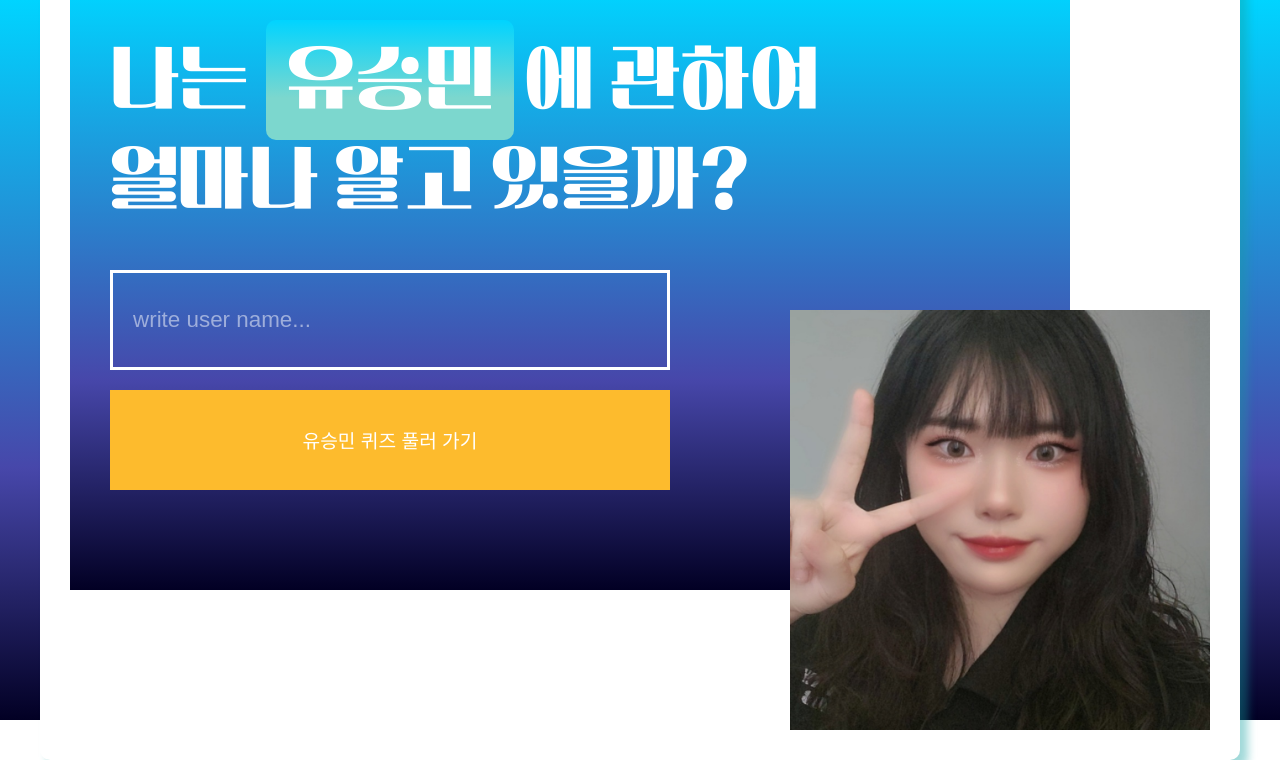
Repository: dnjfht/quiz3
Page: /
An editor plug-in stored every save of this project. The page is shown before and after the next save, followed by the edit.
The browser window is 1280 px wide. The pictures show the whole page.
The project was rebuilt for these pictures with package versions that can differ from the ones it lists, and the page was loaded fresh each time. Also part of the build but not shown: src/components/Progress.js, src/components/Quiz.js, src/components/Score.js, src/components/Message.js, src/components/Ranking.js, src/components/NotPage.js.

Above is the page before, as saved 2023-04-15 23:13:35.

After the next save:
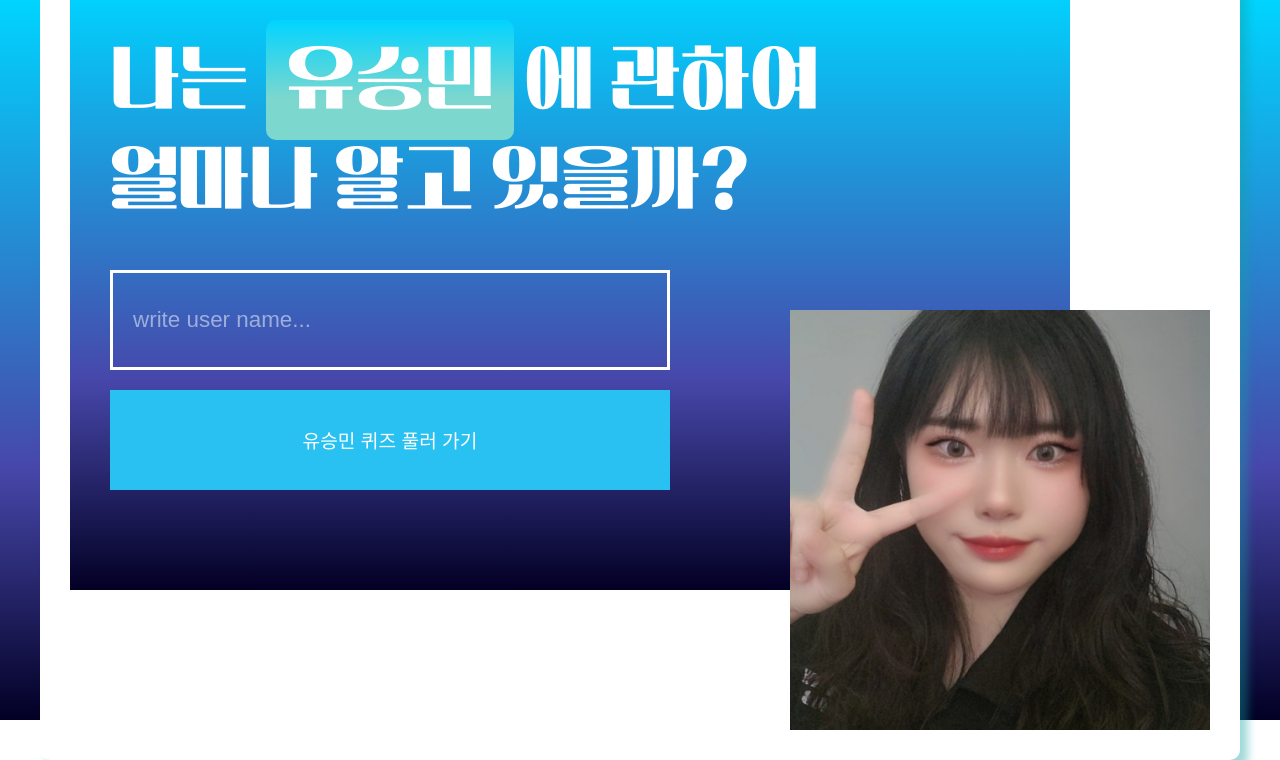
Saved 71 s later.
--- a/src/components/Start.js
+++ b/src/components/Start.js
@@ -82,7 +82,7 @@ const Button = styled.button`
   width: 560px;
   height: 100px;
   margin-top: 20px;
-  background-color: #fdbb2d;
+  background-color: #28c1f2;
   border: none;
 
   font-size: 1.2rem;
